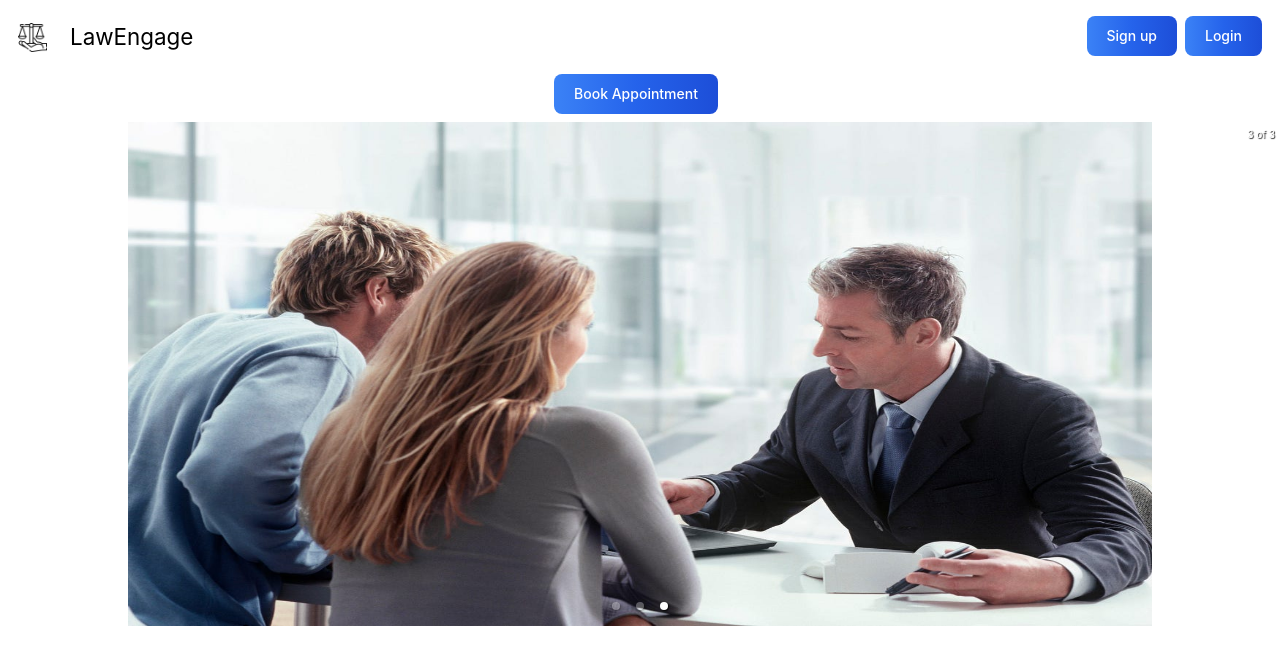
Repository: khushijain8/Lawyer-appointment-application
Page: / (app in frontend/)
An editor plug-in stored every save of this project. The page is shown before and after the next save, followed by the edit.
The browser window is 1280 px wide. The pictures show the whole page.
The project was rebuilt for these pictures with package versions that can differ from the ones it lists, and the page was loaded fresh each time. Also part of the build but not shown: frontend/src/App.css, frontend/src/components/Signup/Signup.css, frontend/src/components/Signup/Signup.jsx, frontend/src/components/Login/Login.css, frontend/src/components/Login/Login.jsx, frontend/src/components/LawyerContainer/LawyerContainer.css, frontend/src/components/LawyerContainer/LawyerContainer.jsx, frontend/src/components/Book/Book.jsx and 4 more.

Above is the page before, as saved 2025-01-23 03:04:03.

After the next save:
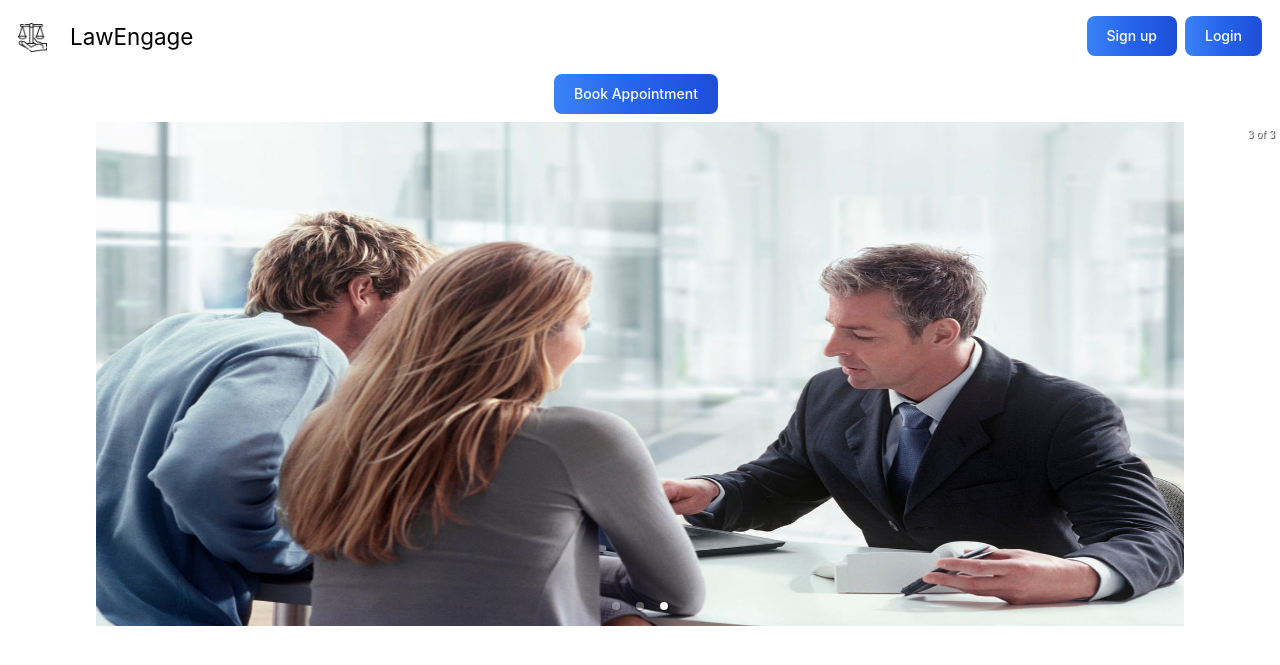
Saved 31 s later.
--- a/frontend/src/components/FrontPage/FrontPage.jsx
+++ b/frontend/src/components/FrontPage/FrontPage.jsx
@@ -12,13 +12,13 @@ function FrontPage() {
         <Carousel autoPlay infiniteLoop interval={2000} showArrows={true}
           showThumbs={false} dynamicHeight={false} transitionTime={500} >
           <div>
-            <img src={slide1} alt="Slide 1" style={{ width: '80%', height: '70vh' }} />
+            <img src={slide1} alt="Slide 1" style={{ width: '85%', height: '70vh' }} />
           </div>
           <div>
-            <img src={slide2} alt="Slide 2" style={{ width: '80%', height: '70vh'}} />
+            <img src={slide2} alt="Slide 2" style={{ width: '85%', height: '70vh'}} />
           </div>
           <div>
-            <img src={slide3} alt="Slide 3" style={{ width: '80%', height: '70vh', }} />
+            <img src={slide3} alt="Slide 3" style={{ width: '85%', height: '70vh', }} />
           </div>
         </Carousel>
       </Box>
